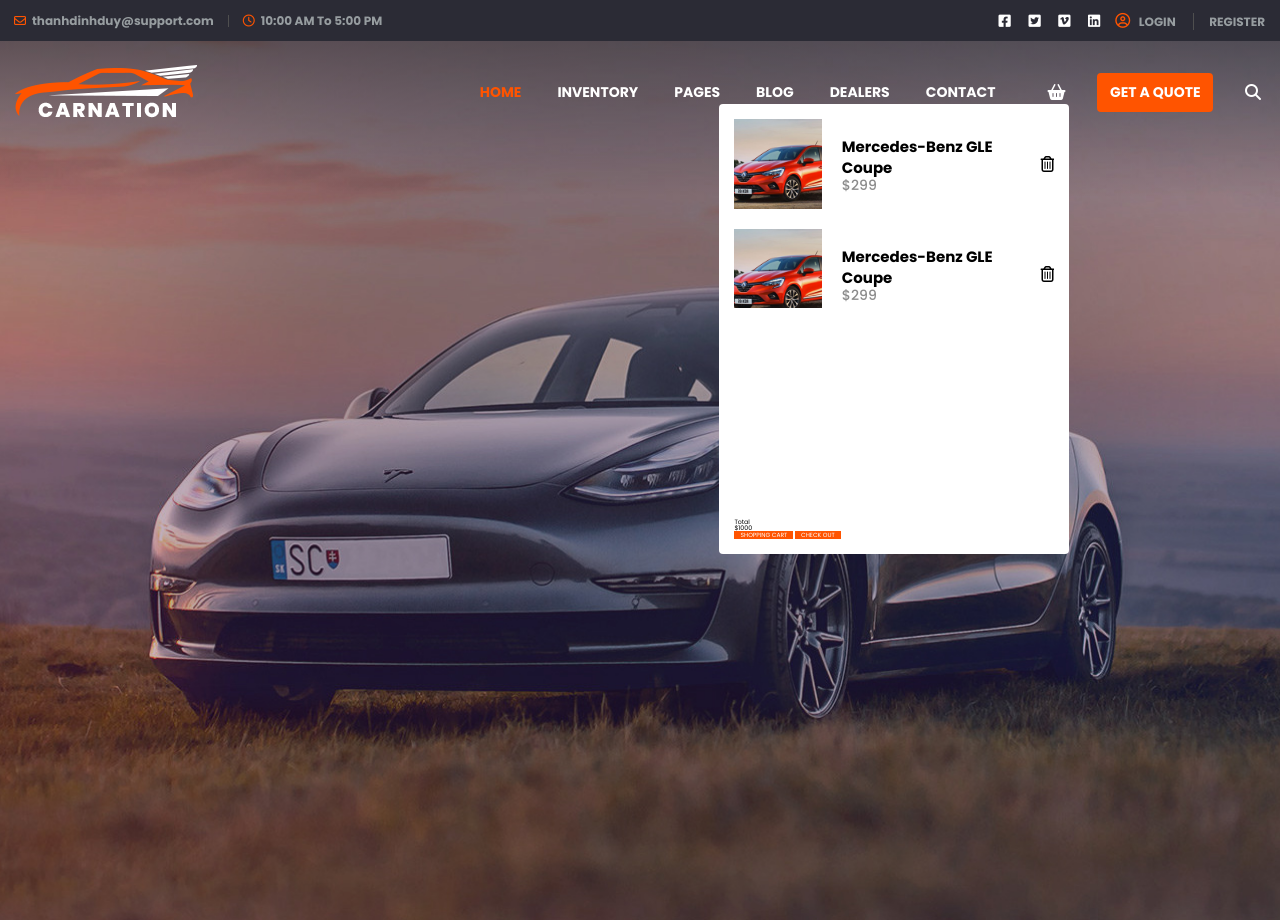
Repository: thanhdinh01/shopcar
Page: index.html
These files come from the project's save history. The page is drawn as it stood at one moment and after the next save; the edit follows.
The browser window is 1280 px wide. The pictures show the whole page.
Some web libraries are served in a nearby version. The style sheet was rebuilt from its Sass, Less or Tailwind sources for each picture, by a compiler version that may differ from the author's.

Above is the page before, as saved 2022-08-10 20:44:57.

After the next save:
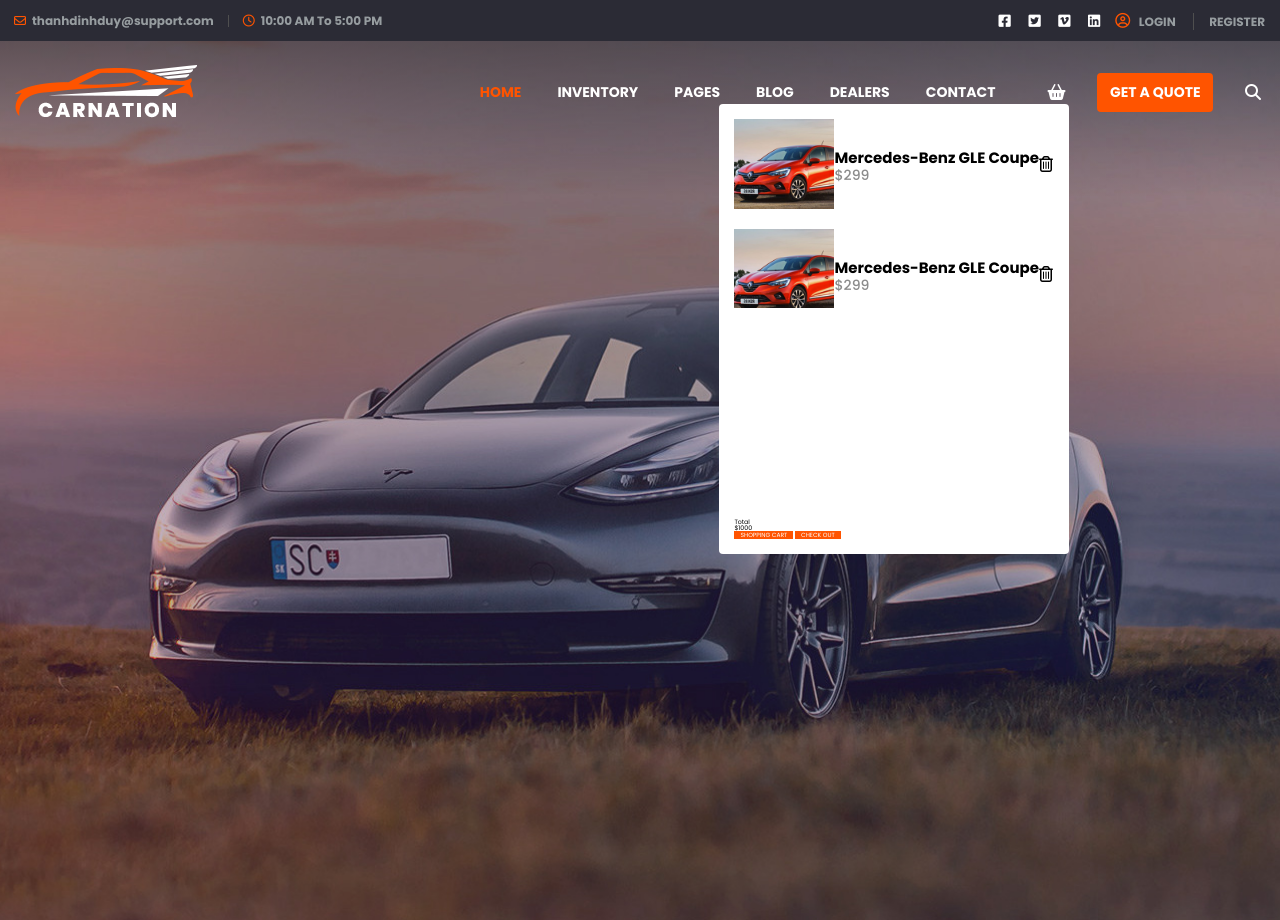
Saved 14 s later.
--- a/css/_header.scss
+++ b/css/_header.scss
@@ -164,7 +164,7 @@
             .cart-item {
               display: flex;
               align-items: center;
-              gap: 0 20px;
+              // gap: 0 20px;
               margin-bottom: 20px;
               .product-img {
                 width: 100px;
